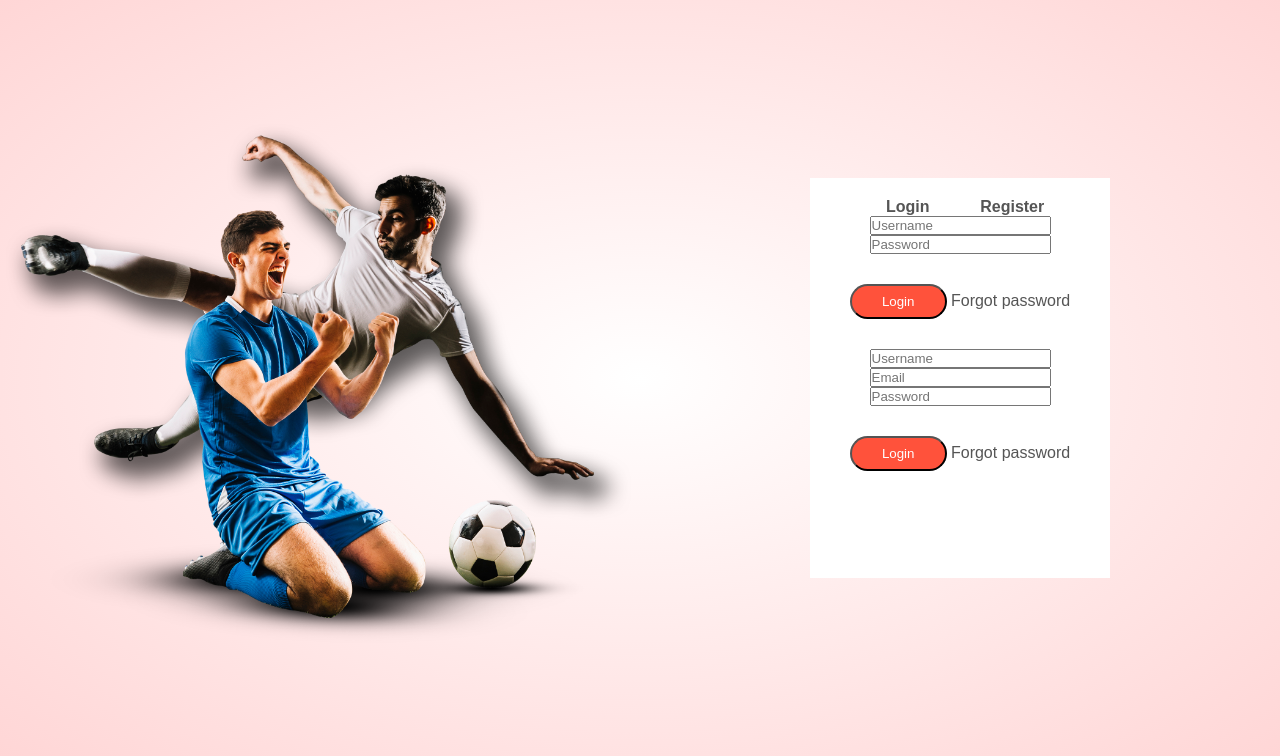
Repository: ritikalohia/tepid-frontend
Page: account.html
These files come from the project's save history. The page is drawn as it stood at one moment and after the next save; the edit follows.
The browser window is 1280 px wide. The pictures show the whole page.

Above is the page before, as saved 2021-06-09 12:29:32.

After the next save:
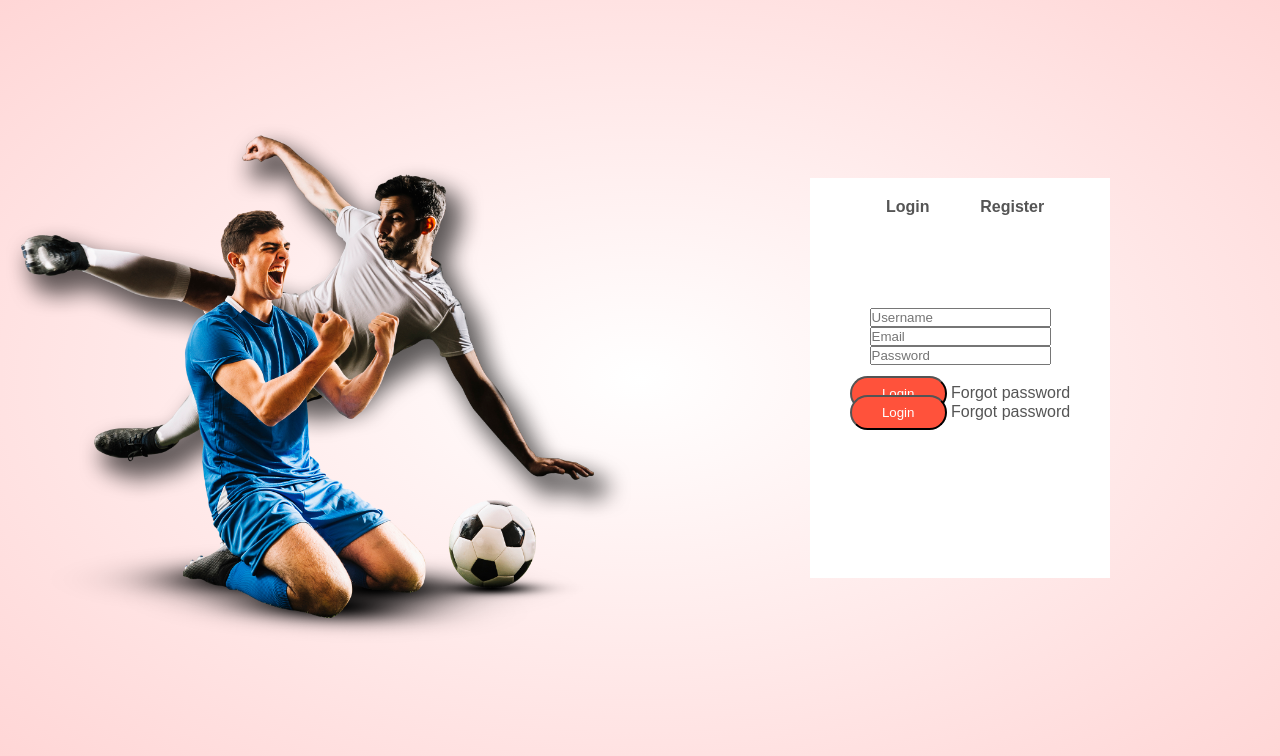
Saved 10 s later.
--- a/style.css
+++ b/style.css
@@ -560,5 +560,10 @@ th:last-child{
 .form-container form{
     max-width: 300px;
     padding: 0 20px;
-    position: ;
-}
+    position: absolute;
+    top: 130px;
+}
+
+form input{
+
+}
